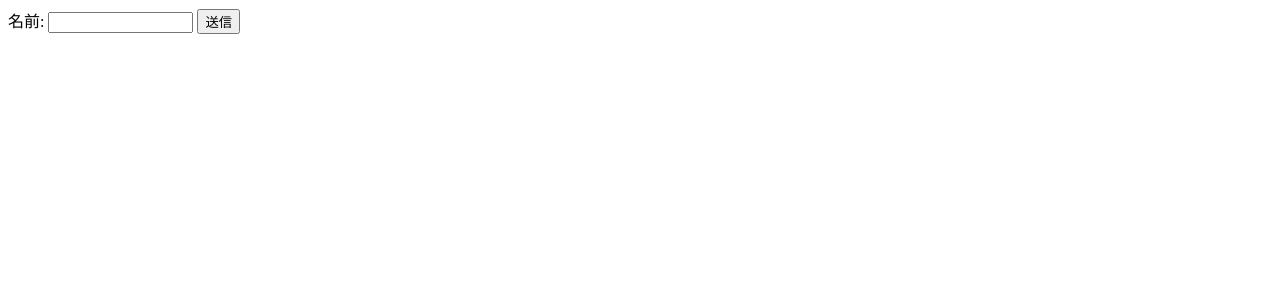
Repository: movingfastball/2020_stady
Page: http://localhost/original.php
The author's editor kept a copy of each file at every save. The page is drawn from the files as they stood at one save, then again after the next save.
The browser window is 1280 px wide. The pictures show the whole page.
The page is run by PHP 8.4 with error messages shown; the project is at /var/www/html/.

Above is the page before, as saved 2020-05-24 22:48:45.

### original.php
<!DOCTYPE html>
<html>
<head>
<meta charset="UTF-8">
<title>データの登録</title>
</head>
<body>
<form method="post" action = "original2.php">
<label for = "name">名前:</label>
<!-- name属性をnameに設定しているからoriginal2.phpに情報を送れる -->
<input id = "name" type = "text" name = "name" size = "15" />
<input type = "submit" value = "送信">
</form>
</body>
</html>

After the next save:
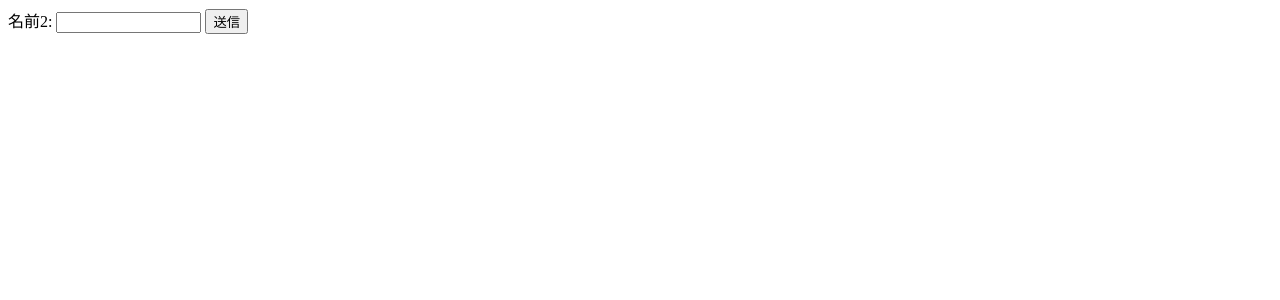
Saved 2 min 39 s later.
--- a/original.php
+++ b/original.php
@@ -6,7 +6,7 @@
 </head>
 <body>
 <form method="post" action = "original2.php">
-<label for = "name">名前:</label>
+<label for = "name">名前2:</label>
 <!-- name属性をnameに設定しているからoriginal2.phpに情報を送れる -->
 <input id = "name" type = "text" name = "name" size = "15" />
 <input type = "submit" value = "送信">
